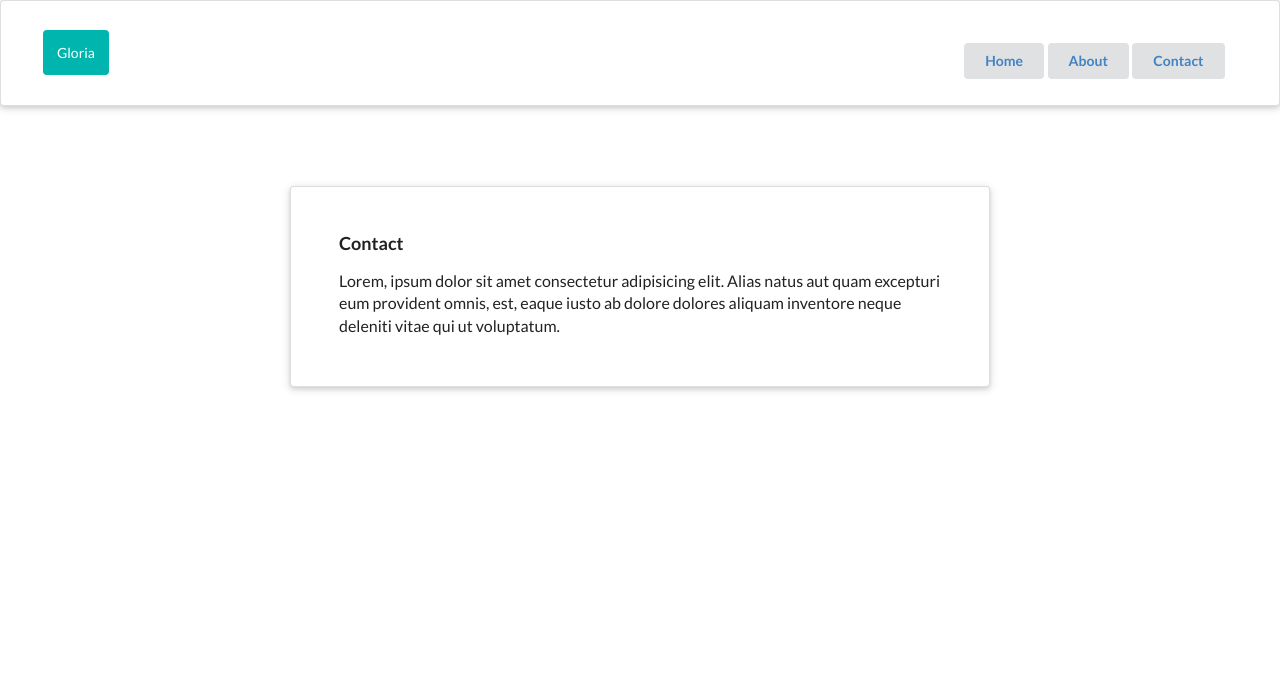
Repository: jodelajo/react-router-redux
Page: /Contact
These files come from the project's save history. The page is drawn as it stood at one moment and after the next save; the edit follows.
The browser window is 1280 px wide. The pictures show the whole page.
The project was rebuilt for these pictures with package versions that can differ from the ones it lists, and the page was loaded fresh each time. Also part of the build but not shown: src/index.css, src/App.css, src/components/About.js, src/components/Home.js, src/components/Card.js.

Above is the page before, as saved 2021-10-14 14:47:32.

### public/index.html
<!DOCTYPE html>
<html lang="en">
  <head>
    <meta charset="utf-8" />
    <link rel="icon" href="%PUBLIC_URL%/favicon.ico" />
    <meta name="viewport" content="width=device-width, initial-scale=1" />
    <meta name="theme-color" content="#000000" />
    <meta
      name="description"
      content="Web site created using create-react-app"
    />
    <link rel="apple-touch-icon" href="%PUBLIC_URL%/logo192.png" />

    <link rel="manifest" href="%PUBLIC_URL%/manifest.json" />
    <link rel="stylesheet" href="https://cdnjs.cloudflare.com/ajax/libs/semantic-ui/2.4.1/semantic.min.css" integrity="sha512-8bHTC73gkZ7rZ7vpqUQThUDhqcNFyYi2xgDgPDHc+GXVGHXq+xPjynxIopALmOPqzo9JZj0k6OqqewdGO3EsrQ==" crossorigin="anonymous" referrerpolicy="no-referrer" />

    <title>React-Router app</title>
  </head>
  <body>
    <noscript>You need to enable JavaScript to run this app.</noscript>
    <div id="root"></div>

  </body>
</html>

### src/index.js
import React from 'react';
import ReactDOM from 'react-dom';
import { BrowserRouter as Router} from 'react-router-dom';
import './index.css';
import App from './App';
import reportWebVitals from './reportWebVitals';

ReactDOM.render(
  <React.StrictMode>
    <Router>
    <App />
    </Router>
  </React.StrictMode>,
  document.getElementById('root')
);


reportWebVitals();

### src/App.js
import React from "react";
import { Route, Switch } from "react-router-dom";

import "./App.css";
import NavBar from "./components/NavBar";
import About from "./components/About";
import Home from "./components/Home";
import Contact from "./components/Contact";
import Card from "./components/Card";

function App() {
  return (
    <div>
      <NavBar />
      <Switch>
        <Route exact path="/" component={Home} />
        <Route path="/about" component={About} />
        <Route path="/contact" component={Contact} />
        <Route path="/card/:user" component={Card} />
      </Switch>
    </div>
  );
}

export default App;

### src/components/NavBar.js
import React from "react";
import { Link, NavLink, withRouter } from "react-router-dom";

const NavBar = (props) => {
    console.log('navbar',props);
  return (
    <nav className="ui raised very padded segment">
      <a className="ui teal inverted segment">Gloria</a>
      <div className="ui right floated header">
        <button className="ui button">
          <Link to="/">Home</Link>
        </button>
        <button className="ui button">
          <Link to="/About">About</Link>
        </button>
        <button className="ui button">
          <Link to="/Contact">Contact</Link>
        </button>
      </div>
    </nav>
  );
};
export default withRouter(NavBar);

### src/components/Contact.js
import React from "react";
// import './App.css';

function Contact(props) {
    console.log(props);
  return (
    <div
      className="ui raised very padded text container segment"
      style={{ marginTop: "80px" }}
    >
      <h3 className="ui header"> Contact</h3>
      <p>
        Lorem, ipsum dolor sit amet consectetur adipisicing elit. Alias natus
        aut quam excepturi eum provident omnis, est, eaque iusto ab dolore
        dolores aliquam inventore neque deleniti vitae qui ut voluptatum.
      </p>
    </div>
  );
}

export default Contact;

Loaded but not shown: src/reportWebVitals.js (common file)

After the next save:
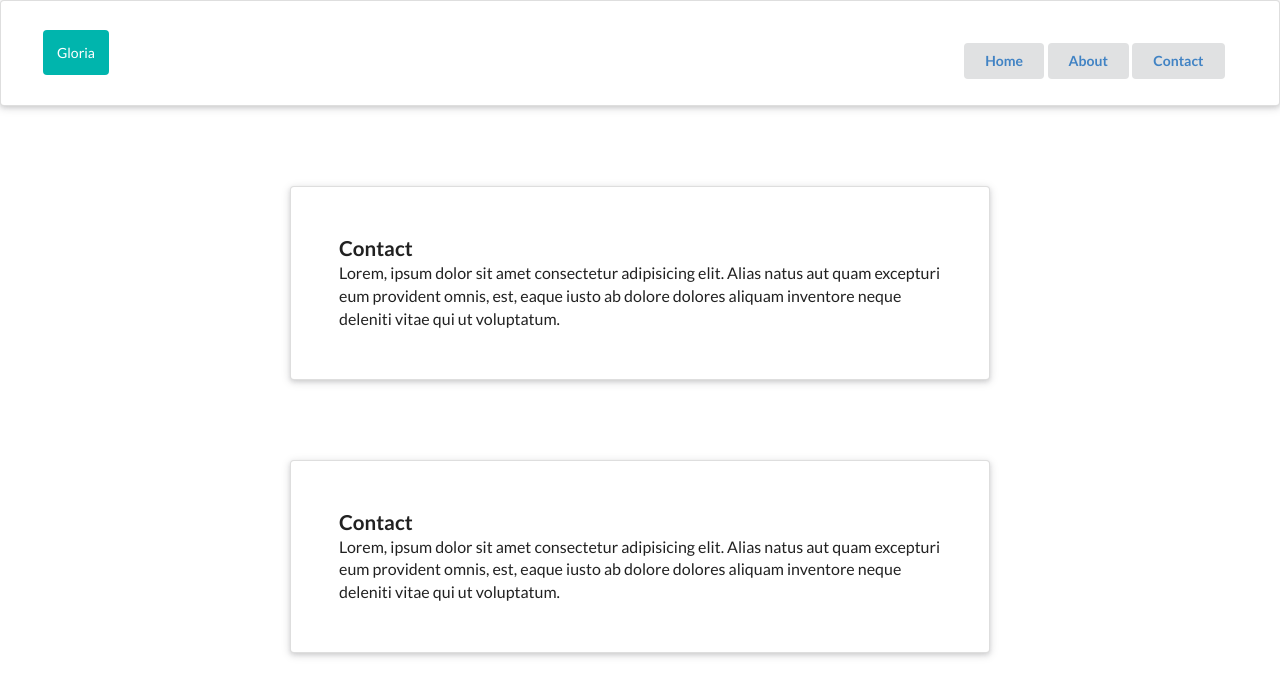
Saved 3 min 4 s later.
--- a/src/components/Contact.js
+++ b/src/components/Contact.js
@@ -1,20 +1,34 @@
 import React from "react";
+import { Link } from 'react-router-dom'
 // import './App.css';
 
 function Contact(props) {
     console.log(props);
   return (
+      <>
     <div
       className="ui raised very padded text container segment"
       style={{ marginTop: "80px" }}
     >
-      <h3 className="ui header"> Contact</h3>
+      <Link className="ui header"> Contact</Link>
       <p>
         Lorem, ipsum dolor sit amet consectetur adipisicing elit. Alias natus
         aut quam excepturi eum provident omnis, est, eaque iusto ab dolore
         dolores aliquam inventore neque deleniti vitae qui ut voluptatum.
       </p>
     </div>
+    <div
+      className="ui raised very padded text container segment"
+      style={{ marginTop: "80px" }}
+    >
+      <Link className="ui header"> Contact</Link>
+      <p>
+        Lorem, ipsum dolor sit amet consectetur adipisicing elit. Alias natus
+        aut quam excepturi eum provident omnis, est, eaque iusto ab dolore
+        dolores aliquam inventore neque deleniti vitae qui ut voluptatum.
+      </p>
+    </div>
+    </>
   );
 }
 
